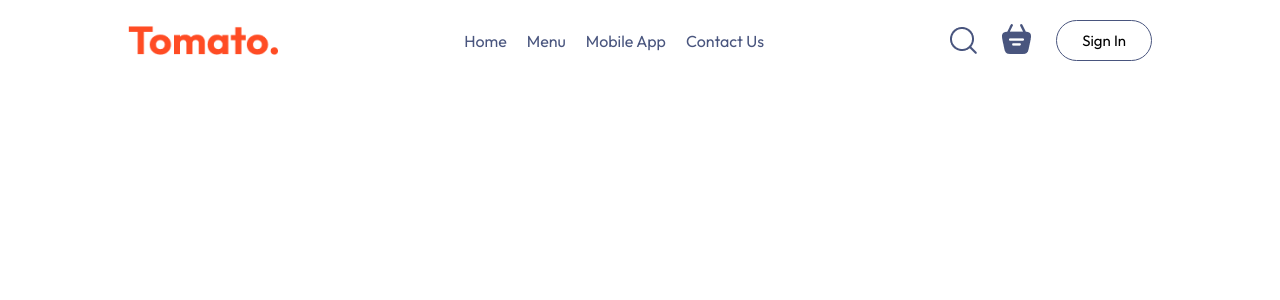
Repository: Attar786/Food-ordering-app
Page: / (app in frontend/)
An editor plug-in stored every save of this project. The page is shown before and after the next save, followed by the edit.
The browser window is 1280 px wide. The pictures show the whole page.
The project was rebuilt for these pictures with package versions that can differ from the ones it lists, and the page was loaded fresh each time. Also part of the build but not shown: frontend/vite.config.js.

Above is the page before, as saved 2024-07-12 20:41:31.

After the next save:
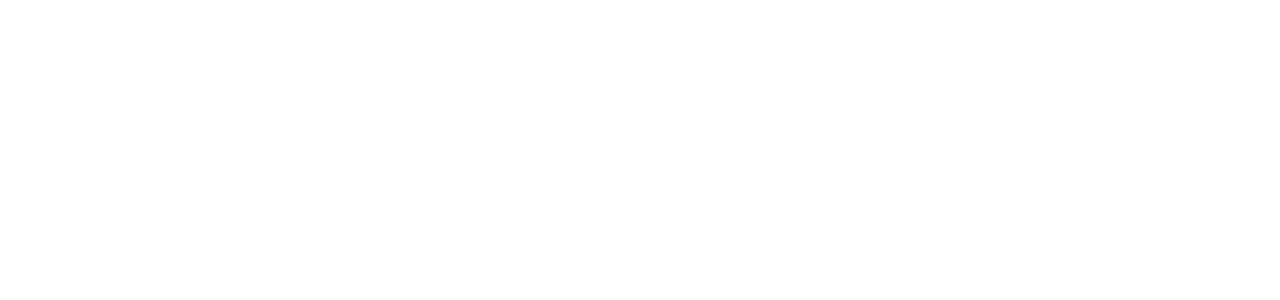
Console error (its wording comes from the project's code and is left out).
Saved 53 s later.
--- a/frontend/src/components/Navbar/Navbar.jsx
+++ b/frontend/src/components/Navbar/Navbar.jsx
@@ -3,15 +3,16 @@
 import {assets} from '../../assets/assets'
 const Navbar = () => {
 
+    const [menu, setMenu] = useState("menu")
 
   return (
     <div className = "Navbar">
         <img src={assets.logo} alt="Logo" className='logo' />
     <ul className='navbar-menu'>
-        <li >Home</li>
-        <li >Menu</li>
-        <li >Mobile App</li>
-        <li >Contact Us</li>
+        <li className={menu==="home"?"active":""}>Home</li>
+        <li className={menu==="menu"?"active":""}>Menu</li>
+        <li className={menu==="mobile-app"?"active":""}>Mobile App</li>
+        <li className={menu==="contact-us"?"active":""}>Contact Us</li>
     </ul>
     <div className='navbar-right'>
         <img src={assets.search_icon} alt="search icon" />

After the save that followed:
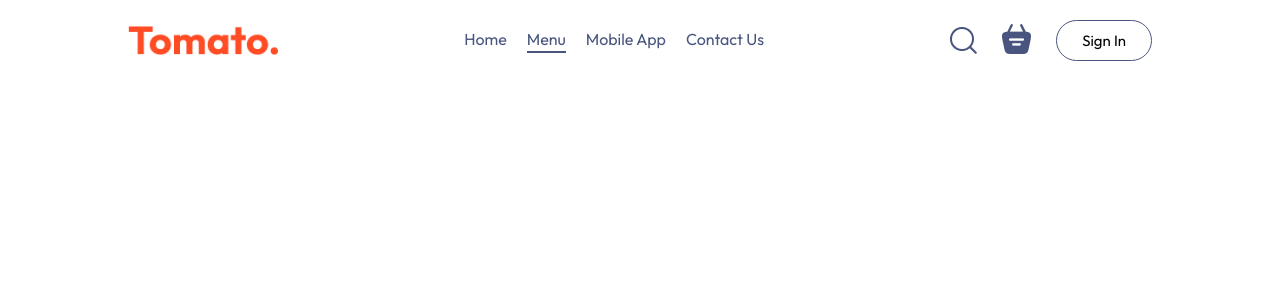
The error is gone.
Saved 94 s later.
--- a/frontend/src/components/Navbar/Navbar.jsx
+++ b/frontend/src/components/Navbar/Navbar.jsx
@@ -1,29 +1,33 @@
-import './Navbar.css'
-import useState from 'react'
-import {assets} from '../../assets/assets'
+import React, { useState } from 'react';
+import './Navbar.css';
+import { assets } from '../../assets/assets';
+
 const Navbar = () => {
+  const [menu, setMenu] = useState("menu");
 
-    const [menu, setMenu] = useState("menu")
+  const handleMenuClick = (menuItem) => {
+    setMenu(menuItem);
+  };
 
   return (
-    <div className = "Navbar">
-        <img src={assets.logo} alt="Logo" className='logo' />
-    <ul className='navbar-menu'>
-        <li className={menu==="home"?"active":""}>Home</li>
-        <li className={menu==="menu"?"active":""}>Menu</li>
-        <li className={menu==="mobile-app"?"active":""}>Mobile App</li>
-        <li className={menu==="contact-us"?"active":""}>Contact Us</li>
-    </ul>
-    <div className='navbar-right'>
+    <div className="Navbar">
+      <img src={assets.logo} alt="Logo" className="logo" />
+      <ul className="navbar-menu">
+        <li className={menu === "home" ? "active" : ""} onClick={() => handleMenuClick("home")}>Home</li>
+        <li className={menu === "menu" ? "active" : ""} onClick={() => handleMenuClick("menu")}>Menu</li>
+        <li className={menu === "mobile-app" ? "active" : ""} onClick={() => handleMenuClick("mobile-app")}>Mobile App</li>
+        <li className={menu === "contact-us" ? "active" : ""} onClick={() => handleMenuClick("contact-us")}>Contact Us</li>
+      </ul>
+      <div className="navbar-right">
         <img src={assets.search_icon} alt="search icon" />
         <div>
-            <img src={assets.basket_icon} alt="icons" />
-            <div className='dit'></div>
+          <img src={assets.basket_icon} alt="icons" />
+          <div className="dit"></div>
         </div>
         <button>Sign In</button>
+      </div>
     </div>
-    </div>
-  )
+  );
 }
 
-export default Navbar
+export default Navbar;
